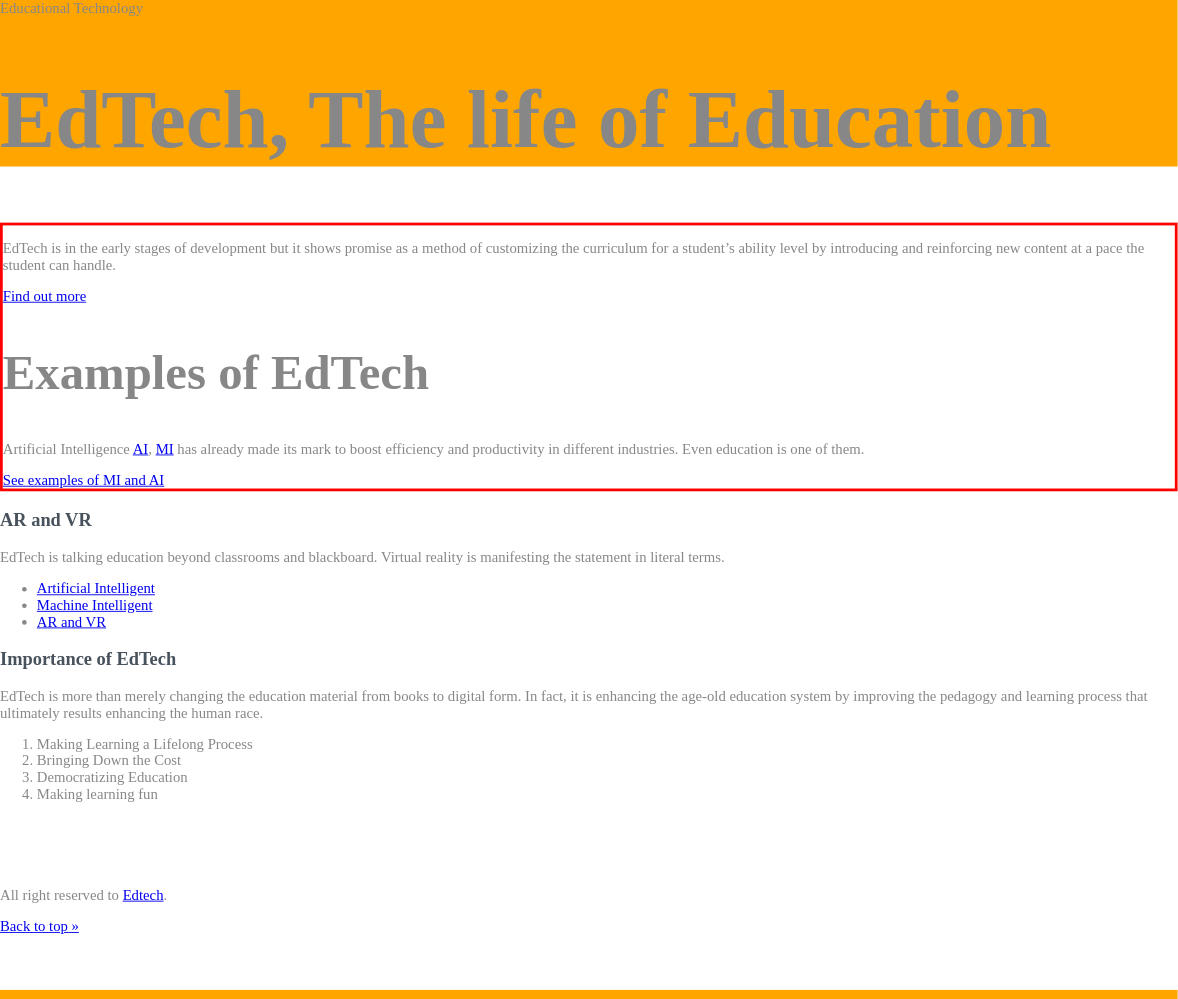
Repository: tunmishyi/edtech
Page: index.html
These files come from the project's save history. The page is drawn as it stood at one moment and after the next save; the edit follows.
The browser window is 1280 px wide. The pictures show the whole page, at 92% of full size.

Above is the page before, as saved 2020-06-06 17:28:18.

After the next save:
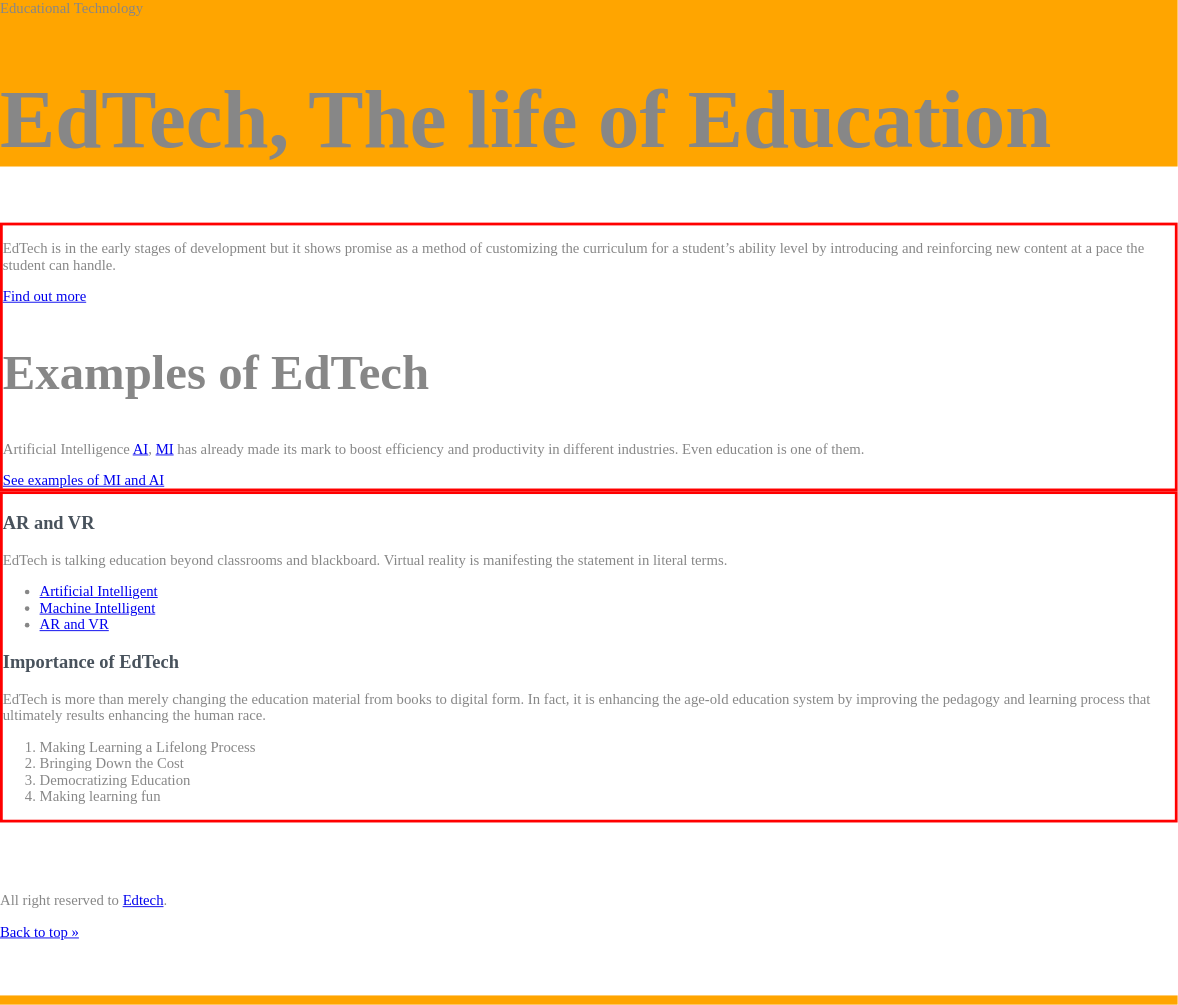
Saved 15 s later.
--- a/index.html
+++ b/index.html
@@ -21,7 +21,7 @@
 			<a href="#" class="callout">See examples of MI and AI</a>
 		</div>
 
-		<div>
+		<div class="primary-content">
 			<h3>AR and VR</h3>
 				<p>
 					EdTech is talking education beyond classrooms and blackboard. Virtual reality is manifesting the statement in literal terms.

After the save that followed:
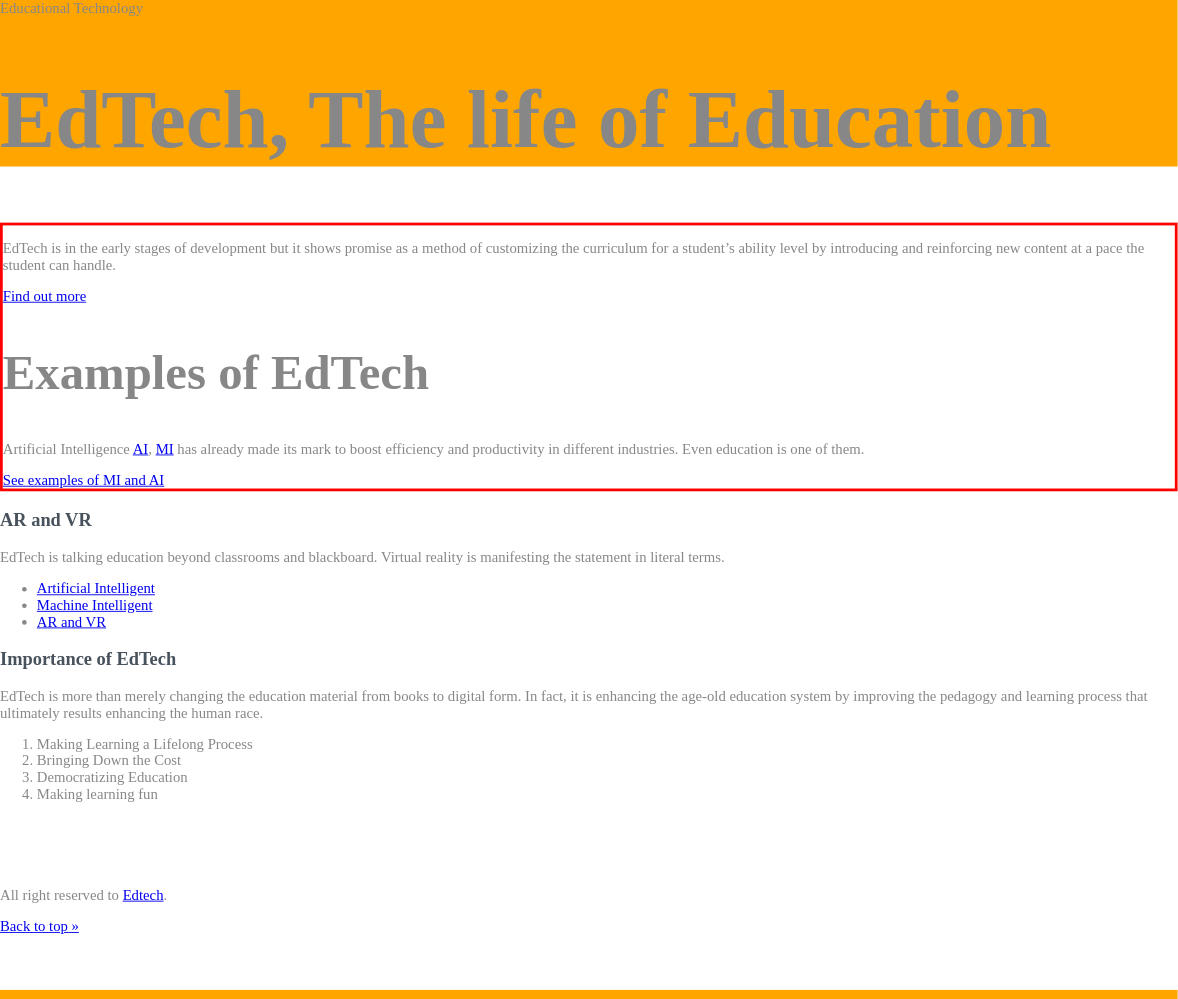
Saved 88 s later.
--- a/index.html
+++ b/index.html
@@ -4,7 +4,7 @@
 		<link rel="stylesheet" href="/home/peterolayinka/Documents/archive/tutorial/jumoke/css/style.css">
 	</head>
 	<body>
-		<header id="top">
+		<header id="top" class="main-header">
 			<span>Educational Technology</span>
 			<h1>EdTech, The life of Education</h1>
 		</header>
@@ -21,7 +21,7 @@
 			<a href="#" class="callout">See examples of MI and AI</a>
 		</div>
 
-		<div class="primary-content">
+		<div class="secondary-content">
 			<h3>AR and VR</h3>
 				<p>
 					EdTech is talking education beyond classrooms and blackboard. Virtual reality is manifesting the statement in literal terms.
